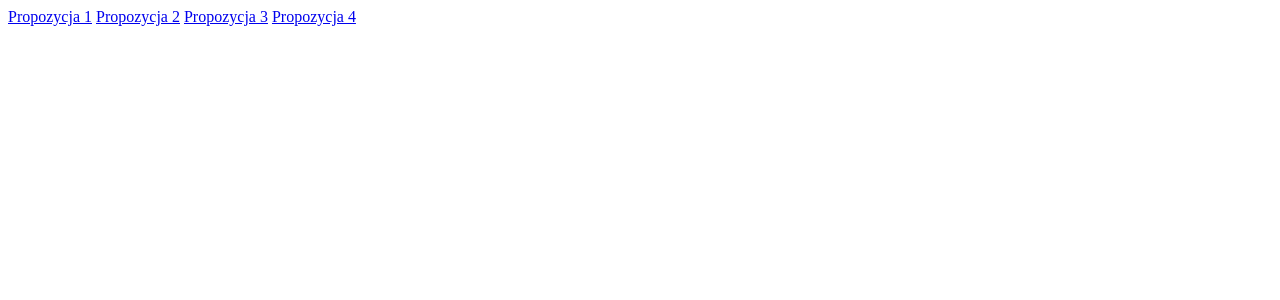
Repository: kaminskydeveloper/pirkspark-email-footers
Page: index.html
The author's editor kept a copy of each file at every save. The page is drawn from the files as they stood at one save, then again after the next save.
The browser window is 1280 px wide. The pictures show the whole page.

Above is the page before, as saved 2021-06-11 11:38:31.

After the next save:
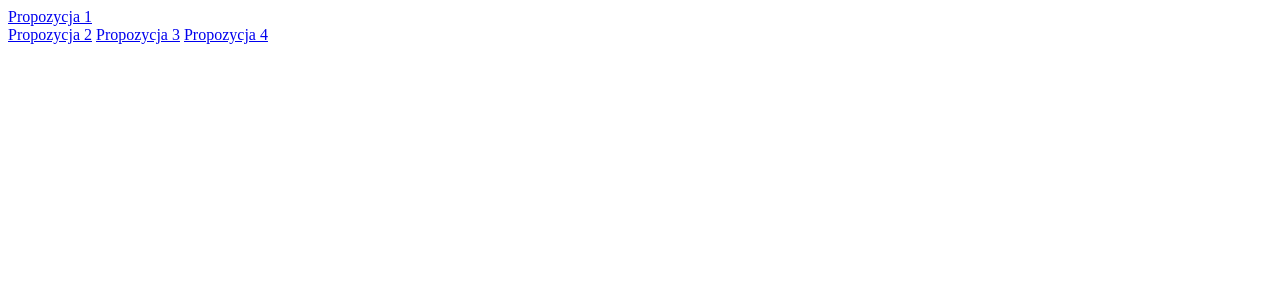
Saved 36 s later.
--- a/index.html
+++ b/index.html
@@ -7,7 +7,9 @@
     <title>Mailowe stopki</title>
   </head>
   <body>
-    <a href="./Signature-1.html">Propozycja 1</a>
+    <div>
+      <a href="./Signature-1.html">Propozycja 1</a>
+    </div>
     <a href="./Signature-2.html">Propozycja 2</a>
     <a href="./Signature-3.html">Propozycja 3</a>
     <a href="./Signature-4.html">Propozycja 4</a>
